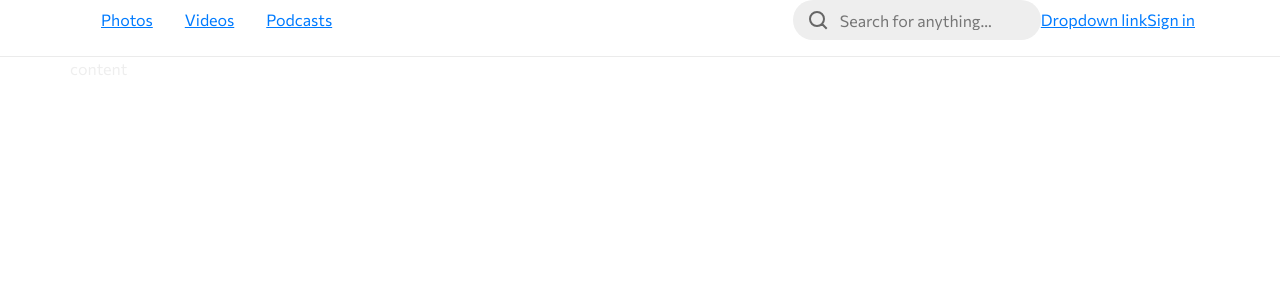
Repository: densavi/djinni
Page: index.html
These files come from the project's save history. The page is drawn as it stood at one moment and after the next save; the edit follows.
The browser window is 1280 px wide. The pictures show the whole page.
The style sheet was rebuilt from its Sass, Less or Tailwind sources for each picture, by a compiler version that may differ from the author's.

Above is the page before, as saved 2023-04-10 21:43:07.

After the next save:
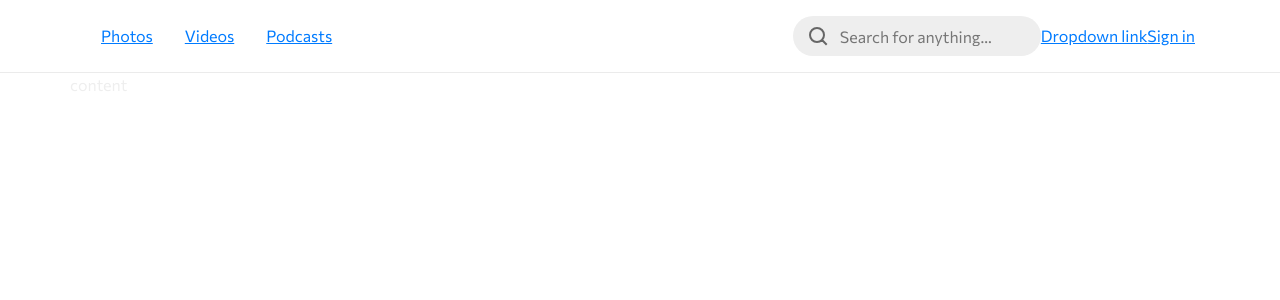
Saved 70 s later.
--- a/css/components/_header.scss
+++ b/css/components/_header.scss
@@ -1,6 +1,6 @@
 .header {
   border-bottom: 1px solid #EBEBEB;
-  padding-bottom: 16px;
+  padding: 16px 0;
   &__search {
     background: $lightGrey;
     padding: 0 0 0 16px;
